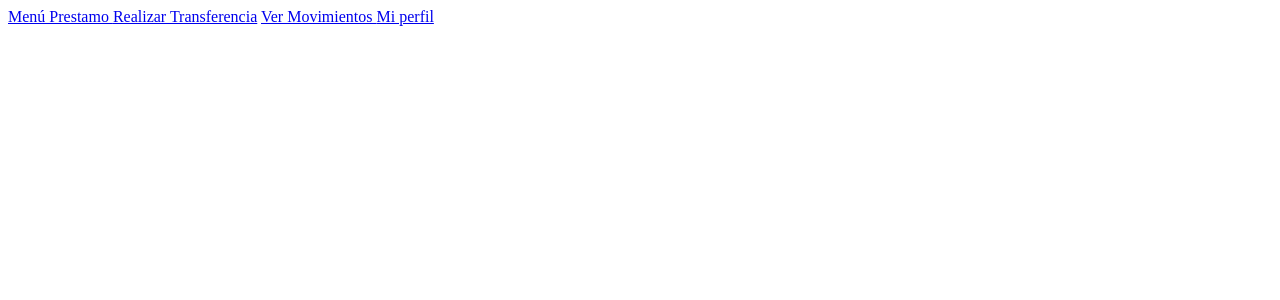
Repository: oskiman18/TP-Final
Page: http://localhost/Tp_integrador_grupo_2/perfil.jsp
An editor plug-in stored every save of this project. The page is shown before and after the next save, followed by the edit.
The browser window is 1280 px wide. The pictures show the whole page.
The page is served by Tomcat 9.

Above is the page before, as saved 2021-06-23 16:08:07.

### Tp_integrador_grupo_2/src/main/webapp/perfil.jsp
<%@ page language="java" contentType="text/html; charset=ISO-8859-1"
    pageEncoding="ISO-8859-1"%>
<!DOCTYPE html>
<html>
<head>
<meta charset="ISO-8859-1">
<title> Home </title>
</head>

	<body>
		<a href='prestamos.jsp'> Menú Prestamo </a>
		<a href='transferir.jsp'> Realizar Transferencia</a>
		<a href='historial.jsp'> Ver Movimientos </a>
		<a href='perfil.jsp'> Mi perfil </a>
	</body>

</html>

After the next save:
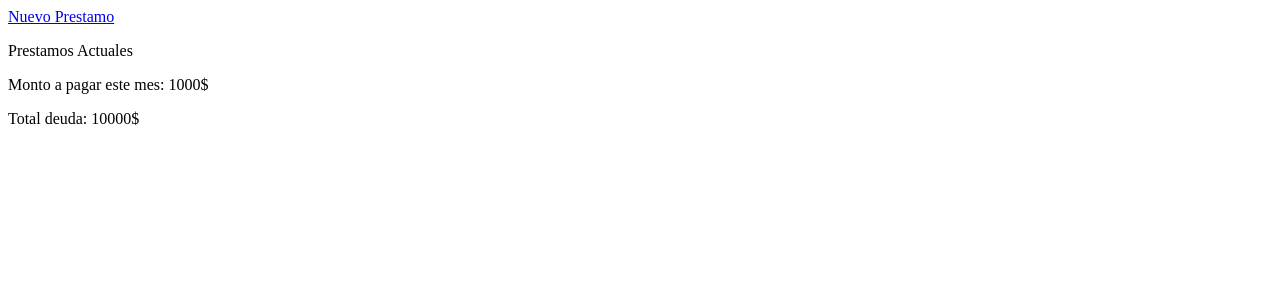
Saved 2 min 21 s later.
--- a/Tp_integrador_grupo_2/src/main/webapp/perfil.jsp
+++ b/Tp_integrador_grupo_2/src/main/webapp/perfil.jsp
@@ -8,10 +8,11 @@
 </head>
 
 	<body>
-		<a href='prestamos.jsp'> Menú Prestamo </a>
-		<a href='transferir.jsp'> Realizar Transferencia</a>
-		<a href='historial.jsp'> Ver Movimientos </a>
-		<a href='perfil.jsp'> Mi perfil </a>
+		<a href='pedir_prestamo.jsp'> Nuevo Prestamo </a>
+		<p>Prestamos Actuales<p>
+		<p>Monto a pagar este mes: 1000$ <p>
+		<p>Total deuda: 10000$ <p>
+
 	</body>
 
 </html>
